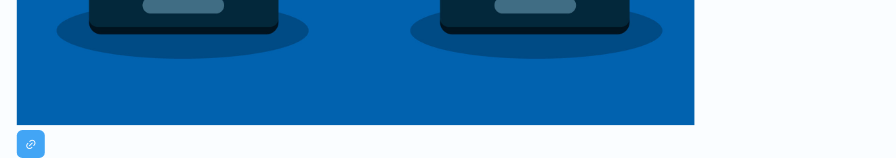
Repository: Kaii-Dev/Porfolio
Page: index.html
These files come from the project's save history. The page is drawn as it stood at one moment and after the next save; the edit follows.
The browser window is 1280 px wide. The pictures show the part of the page from y = 1204 to 3124 px (the page is 1430 px tall before and 4307 px after), at 70% of full size.
A picture or video elsewhere on the page could not be fetched, so the positions and the page height are approximate. Some web libraries are served in a nearby version.

Above is the page before, as saved 2022-04-12 16:21:07.

After the next save:
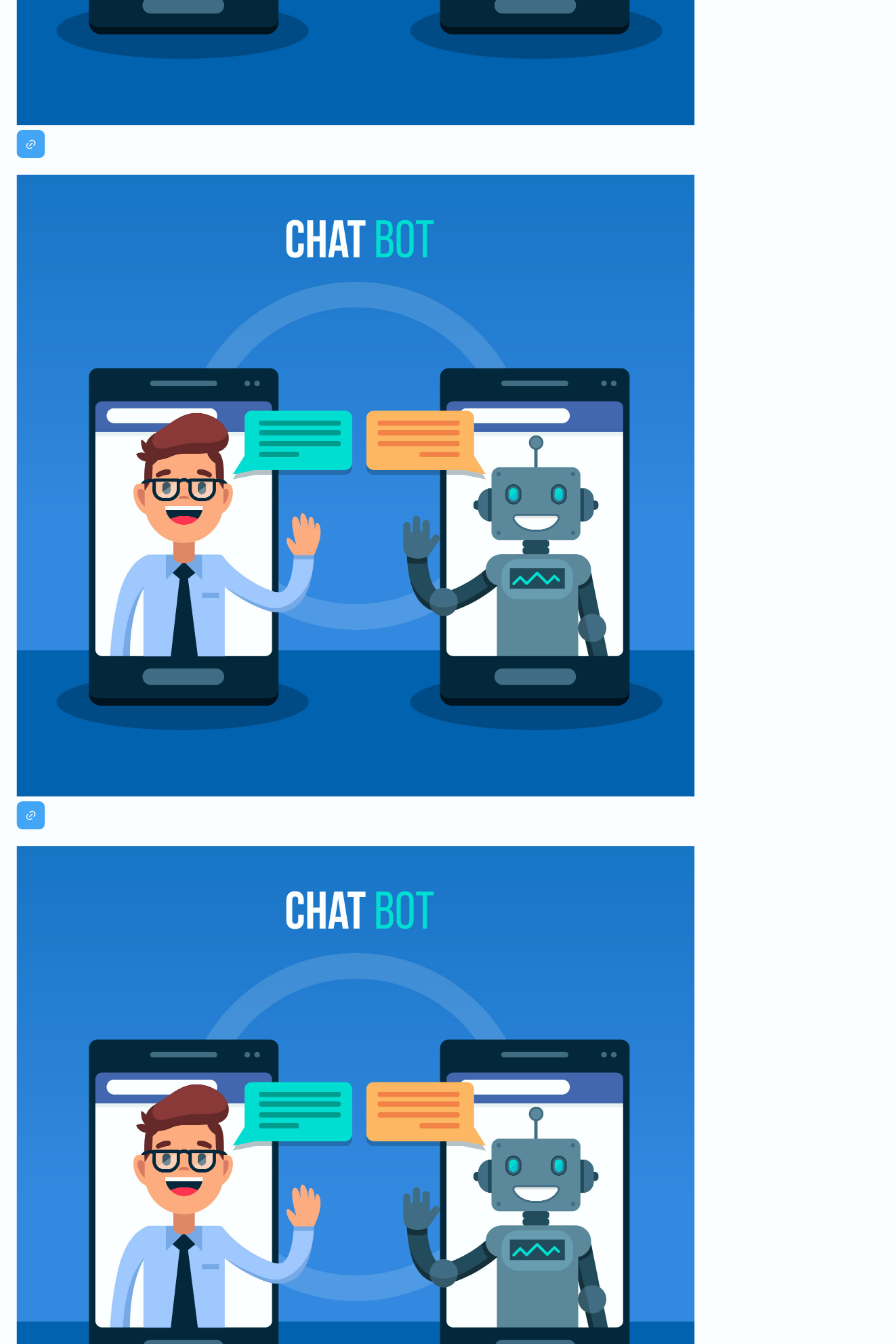
Saved 9 s later.
--- a/index.html
+++ b/index.html
@@ -123,6 +123,42 @@
                  </div>
               </div>
             </article>
+            <article>
+              <img src="./Assets/img/pic1.jpeg" alt="" class="projects__img" />
+              <div class="projects__modal">
+                 <div class="">
+                    <span class="projects__subtitle"></span>
+                    <h3 class="projects__title"></h3>
+                    <a href="" class="projects__button button button__small">
+                     <i class="ri-link"></i>
+                    </a>
+                 </div>
+              </div>
+            </article>
+            <article>
+              <img src="./Assets/img/pic1.jpeg" alt="" class="projects__img" />
+              <div class="projects__modal">
+                 <div class="">
+                    <span class="projects__subtitle"></span>
+                    <h3 class="projects__title"></h3>
+                    <a href="" class="projects__button button button__small">
+                     <i class="ri-link"></i>
+                    </a>
+                 </div>
+              </div>
+            </article>
+            <article>
+              <img src="./Assets/img/pic1.jpeg" alt="" class="projects__img" />
+              <div class="projects__modal">
+                 <div class="">
+                    <span class="projects__subtitle"></span>
+                    <h3 class="projects__title"></h3>
+                    <a href="" class="projects__button button button__small">
+                     <i class="ri-link"></i>
+                    </a>
+                 </div>
+              </div>
+            </article>
 
           </div>
           <!-- SKILLS -->
